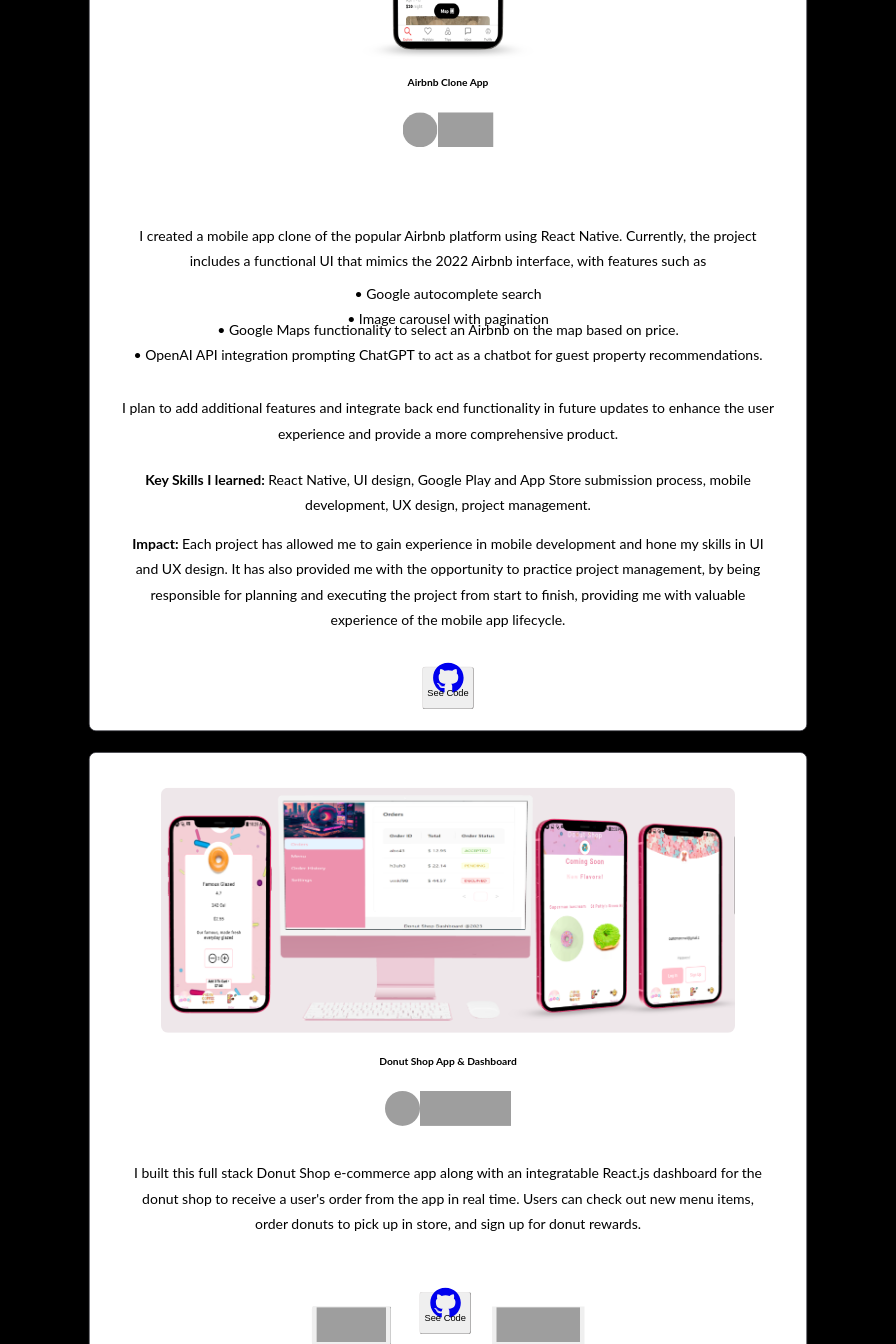
Repository: JamesPesenti/portfolio
Page: /
These files come from the project's save history. The page is drawn as it stood at one moment and after the next save; the edit follows.
The browser window is 1280 px wide. The pictures show the part of the page from y = 1819 to 3739 px (the page is 6929 px tall), at 70% of full size.
Pictures or frames that could not be fetched are drawn as grey boxes. The project was rebuilt for these pictures with package versions that can differ from the ones it lists, and the page was loaded fresh each time. Imported but missing from the stored project, and not drawn on this page: src/Components/James Pesenti Resume 2023.pdf.

Above is the page before, as saved 2023-05-29 08:41:24.

After the next save:
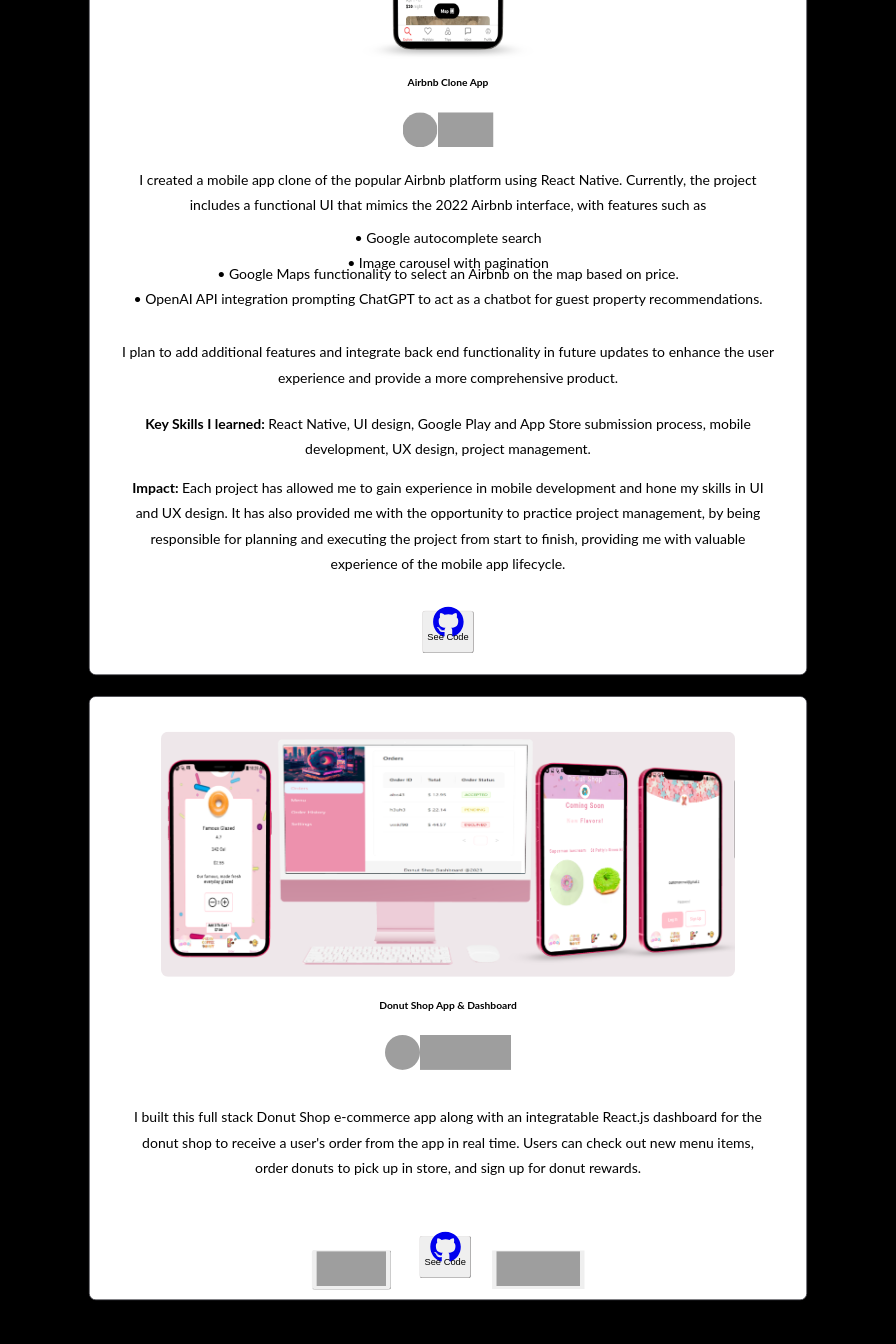
Saved 7 s later.
--- a/src/Components/MyProjects.jsx
+++ b/src/Components/MyProjects.jsx
@@ -17,7 +17,7 @@
                 <img style={{ borderRadius: 10, marginTop: 50, marginBottom: -35, width: "48%", height: 350, transition: ".7s", }} src="images/mockrocket-capture (11).png" />
             </div>
             <h4 style={{textAlign: 'center'}}>Airbnb Clone App</h4>
-                <div style={{flexDirection: "row", padding: 10, borderRadius: 10, marginBottom: 40,}}>
+                <div style={{flexDirection: "row", padding: 10, borderRadius: 10, marginBottom: -60,}}>
                   <img style={{width: 50, height: 50, borderRadius: 50}} src="https://i.pinimg.com/originals/8a/02/1a/8a021aa097236b42dd71fb731e3d894d.gif"/>
                   <img style={{width: 80, height: 50, }} src="https://www.datocms-assets.com/45470/1631026680-logo-react-native.png"  />
                   {/* <img style={{width: 50, height: 50, }} src="https://pbs.twimg.com/profile_images/1114309924551417856/FKA4cm2x_400x400.png"  /> */}
